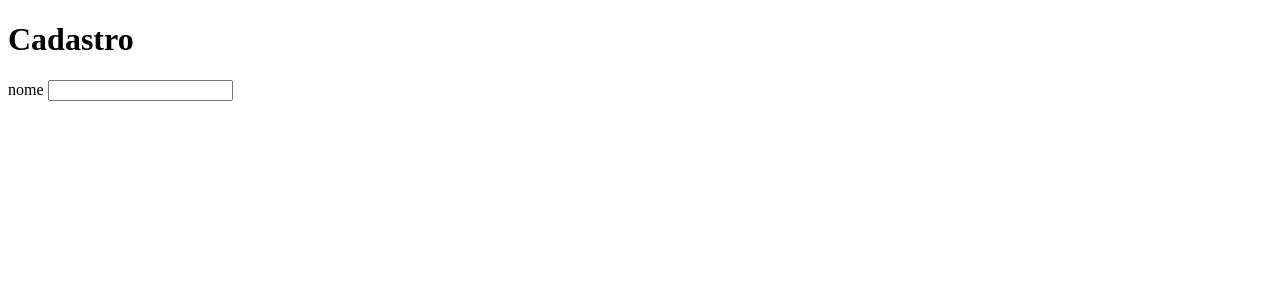
Repository: joaobatistafrontend/email
Page: template/email.html
An editor plug-in stored every save of this project. The page is shown before and after the next save, followed by the edit.
The browser window is 1280 px wide. The pictures show the whole page.

Above is the page before, as saved 2024-09-07 23:00:53.

### template/email.html
<!DOCTYPE html>
<html lang="en">
<head>
    <meta charset="UTF-8">
    <meta name="viewport" content="width=device-width, initial-scale=1.0">
    <title>Document</title>
</head>
<body>
    <h1>Cadastro</h1>
    <label for="">nome</label>
    <input type="text" >
</body>
</html>

After the next save:
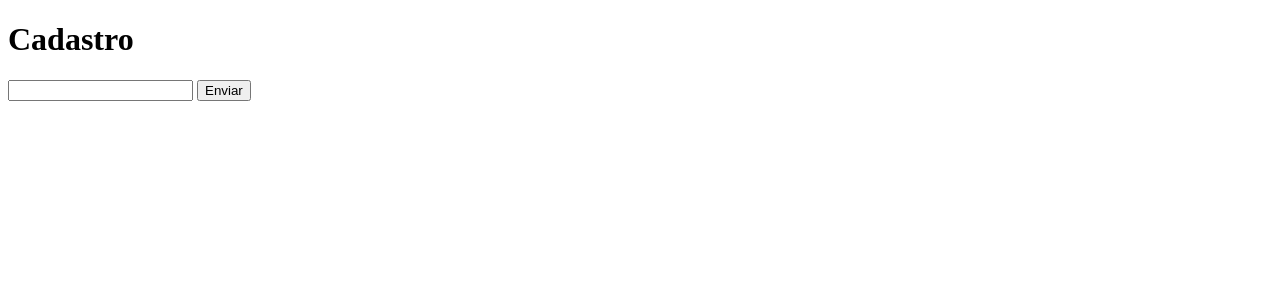
Saved 45 s later.
--- a/template/email.html
+++ b/template/email.html
@@ -7,7 +7,10 @@
 </head>
 <body>
     <h1>Cadastro</h1>
-    <label for="">nome</label>
-    <input type="text" >
+    <form method="POST">
+        <input type="text" name="nome" id="nome_id">
+        <input type="submit" value="Enviar">
+    </form>
+
 </body>
 </html>
